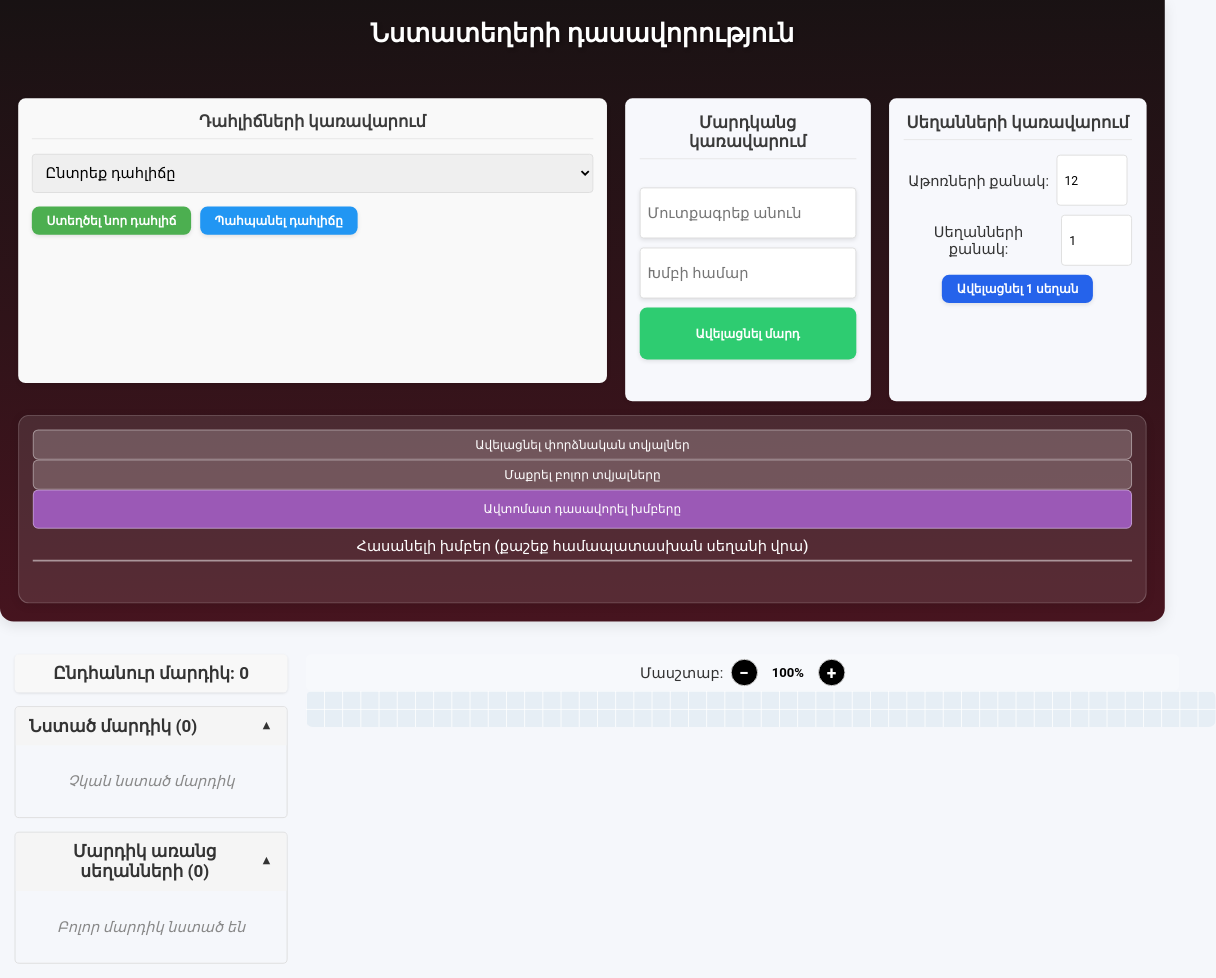
Repository: Vahan-23/Table-V2
Page: /
An editor plug-in stored every save of this project. The page is shown before and after the next save, followed by the edit.
The browser window is 1280 px wide. The page is 1336 px wide, so the pictures cover 1336 px, including what lies to the right of the window. The pictures show the whole page, at 91% of full size.
The project was rebuilt for these pictures with package versions that can differ from the ones it lists, and the page was loaded fresh each time.

Above is the page before, as saved 2025-03-03 18:09:15.

### src/component/App.css
/* Modern styles for the Seating Arrangement app */

* {
  margin: 0;
  padding: 0;
  font-family: 'Roboto', 'Segoe UI', Arial, sans-serif;
}

body {
  background-color: #f5f7fb;
  color: #333;
}

.app-container {
  display: flex;
  flex-direction: column;
  min-height: 100vh;
}

/* Header Styles */
.app-header {
  background: linear-gradient(179deg, #181213 0%, rgb(71 20 31) 100%);
  padding: 20px;
  border-radius: 0 0 15px 15px;
  box-shadow: 0 4px 15px rgba(0, 0, 0, 0.1);
  margin-bottom: 20px;
}

.header-content {
  display: flex;
  justify-content: space-between;
  align-items: center;
  max-width: 1600px;
  margin: 0 auto;
  width: 100%;
  flex-direction: column;
}

.logo {
  color: white;
  font-size: 28px;
  font-weight: bold;
  text-shadow: 2px 2px 4px rgba(0, 0, 0, 0.3);
  margin-bottom: 15px;
}

.header-controls {
  background: rgba(255, 255, 255, 0.15);
  backdrop-filter: blur(10px);
  padding: 15px;
  border-radius: 12px;
  box-shadow: inset 0 1px 1px rgba(255, 255, 255, 0.1), 0 1px 2px rgba(0, 0, 0, 0.1);
  display: flex;
  width: 80%;
}

.control-group {
  display: flex;
  flex-wrap: wrap;
  gap: 1rem;
  width: 100%;
}

.input-group {
  display: flex;
  gap: 10px;
  margin-bottom: 15px;
  align-items: center;
  justify-content: center;
}

.input-field {
  /* flex: 1; */
  padding: 10px 15px;
  border-radius: 8px;
  border: none;
  font-size: 16px;
  box-shadow: 0 2px 5px rgba(0, 0, 0, 0.1);
}
.input-field2{
  /* flex: 1; */
  padding: 10px 15px;
  border-radius: 8px;
  border: none;
  font-size: 16px;
  box-shadow: 0 2px 5px rgba(0, 0, 0, 0.1);
}

.input-group input,
.table-controls input {
  height: 38px;
  padding: 0.5rem;
  border: 1px solid #ddd;
  border-radius: 4px;
  outline: none;
  transition: border-color 0.2s;
}

.input-group input:focus,
.table-controls input:focus {
  border-color: #2563eb;
}

.group-input-container {
  position: relative;
  flex: 1;
}

.group-dropdown {
  position: absolute;
  top: 100%;
  left: 0;
  width: 100%;
  max-height: 200px;
  overflow-y: auto;
  z-index: 10;
  background-color: white;
  border: none;
  border-radius: 8px;
  box-shadow: 0 4px 12px rgba(0, 0, 0, 0.15);
  margin-top: 5px;
}

.dropdown-item {
  padding: 10px 15px;
  cursor: pointer;
  border-bottom: 1px solid #eee;
  transition: background-color 0.2s;
}

.dropdown-item:hover {
  background-color: #f5f5f5;
}

.dropdown-item-new {
  padding: 10px 15px;
  cursor: pointer;
  background-color: #f0f0f0;
  font-style: italic;
  border-radius: 0 0 8px 8px;
  z-index: 2;
}

.dropdown-empty {
  padding: 10px 15px;
  color: #666;
}

button {
  cursor: pointer;
  border: none;
  border-radius: 4px;
  padding: 0.5rem 1rem;
  font-weight: 500;
  transition: all 0.2s;
}

.primary-btn {
  background-color: #2563eb;
  color: white;
  border: none;
  border-radius: 8px;
  font-weight: bold;
  cursor: pointer;
  box-shadow: 0 2px 5px rgba(0, 0, 0, 0.1);
  transition: transform 0.2s, background-color 0.2s;
}

.primary-btn:hover {
  background-color: #1d4ed8;
}

.add-person-btn {
  /* margin-left: 30px; */
  padding: 21px 20px;
  background-color: #2ecc71;
  color: white;
}

.add-person-btn:hover {
  background-color: #27ae60;
  transform: translateY(-2px);
}

.secondary-btn {
  padding: 8px 15px;
  background-color: rgba(255, 255, 255, 0.2);
  color: white;
  border: 1px solid rgba(255, 255, 255, 0.4);
  border-radius: 6px;
  cursor: pointer;
  transition: background-color 0.2s;
}

.secondary-btn:hover {
  background-color: rgba(255, 255, 255, 0.3);
}

.table-controls {
  display: flex;
  align-items: center;
  gap: 10px;
  margin-bottom: 15px;
  flex-direction: column;
}

.chair-count-input {
  height: 38px;
  padding: 0.5rem;
  border: 1px solid #ddd;
  border-radius: 4px;
  outline: none;
  transition: border-color 0.2s;
}

.add-table-btn {
  flex: 1;
  padding: 21px 15px;
  background-color: #3498db;
  color: white;
}

.add-table-btn:hover {
  background-color: #2980b9;
  transform: translateY(-2px);
}

.create-all-tables-btn {
  flex: 2;
  padding: 13px 15px;
  background-color: #9b59b6;
  color: white;
}

.create-all-tables-btn:hover {
  background-color: #8e44ad;
  transform: translateY(-2px);
}

/* Bottom controls section */
.bottom-controls {
  display: flex;
  justify-content: space-between;
  align-items: center;
}

/* Save controls */
.save-controls {
  display: flex;
  align-items: center;
  gap: 0.5rem;
}

/* Zoom controls */
.zoom-controls {
  display: flex;
  align-items: center;
  gap: 8px;
  background-color: rgba(255, 255, 255, 0.2);
  padding: 5px 10px;
  border-radius: 6px;
  justify-content: center;
}

.zoom-btn {
  width: 30px;
  height: 30px;
  border-radius: 50%;
  border: none;
  background-color: rgba(255, 255, 255, 0.3);
  color: white;
  font-size: 18px;
  font-weight: bold;
  cursor: pointer;
  display: flex;
  justify-content: center;
  align-items: center;
}

.zoom-controls button {
  width: 30px;
  height: 30px;
  display: flex;
  align-items: center;
  justify-content: center;
  background-color: #000000;
  border-radius: 50%;
  font-size: 1.2rem;
  padding: 0;
}

.zoom-controls span {
  font-size: 0.9rem;
  min-width: 50px;
  text-align: center;
}

.zoom-percentage {
  color: rgb(0, 0, 0);
  font-weight: bold;
}

/* Groups Container */
.groups-container {
  background-color: rgba(255, 255, 255, 0.1);
  border-radius: 12px;
  padding: 15px;
  margin-top: 15px;
  box-shadow: 0 2px 10px rgba(0, 0, 0, 0.1);
  border: 1px solid rgba(255, 255, 255, 0.2);
}

.groups-header {
  display: flex;
  flex-direction: column;
  gap: 10px;
}

.groups-header h3 {
  color: #ffffff;
  font-size: 1rem;
  font-weight: 500;
}

.groups-title {
  margin: 0 0 10px 0;
  font-size: 20px;
  color: white;
  font-weight: 600;
  border-bottom: 2px solid rgba(255, 255, 255, 0.5);
  padding-bottom: 5px;
  display: inline-block;
}

.groups-wrapper {
  display: flex;
  flex-wrap: nowrap;
  gap: 12px;
  overflow-x: auto;
  padding: 5px 0;
  max-height: 100px;
  max-width: 100%;
  scrollbar-width: thin;
  scrollbar-color: rgba(255, 255, 255, 0.5) transparent;
}

.groups-wrapper::-webkit-scrollbar {
  height: 6px;
  width: 6px;
}

.groups-wrapper::-webkit-scrollbar-track {
  background: #f1f1f1;
  border-radius: 10px;
}

.groups-wrapper::-webkit-scrollbar-thumb {
  background: #3498db;
  border-radius: 10px;
}

.groups-wrapper::-webkit-scrollbar-thumb:hover {
  background: #2980b9;
}

/* Main Content */
.main-content {
  display: flex;
  flex: 1;
  padding: 1rem;
  gap: 20px;
  max-width: 1600px;
  margin: 0 auto;
  width: 100%;
}

/* Sidebar */
.sidebar {
  width: 300px;
  flex-shrink: 0;
}

.unseated-people-list,
.people-list {
  background-color: white;
  border-radius: 8px;
  padding: 15px;
  margin-top: 20px;
  box-shadow: 0 2px 8px rgba(0, 0, 0, 0.1);
  margin-bottom: 1.5rem;
}

.unseated-people-list h3,
.people-list h3 {
  margin-top: 0;
  margin-bottom: 15px;
  color: #333;
  font-size: 18px;
  font-weight: 600;
  border-bottom: 1px solid #e5e7eb;
  padding-bottom: 0.5rem;
}

.unseated-people-grid,
.people-grid {
  display: grid;
  grid-template-columns: repeat(auto-fill, minmax(120px, 1fr));
  gap: 10px;
}

.unseated-person-card,
.person-card {
  position: relative;
  background-color: #f9f9f9;
  border-radius: 6px;
  padding: 10px;
  box-shadow: 0 1px 3px rgba(0, 0, 0, 0.1);
  font-size: 0.9rem;
  display: flex;
  justify-content: space-between;
  align-items: center;
}

.person-card {
  flex-direction: column;
  align-items: flex-start;
  gap: 0.25rem;
}

.person-name {
  display: block;
  font-weight: bold;
  font-size: 14px;
  margin-bottom: 4px;
}

.person-group {
  display: block;
  font-size: 12px;
  color: #666;
}

.group-tag {
  background-color: #e0e7ff;
  color: #4f46e5;
  border-radius: 4px;
  padding: 0.15rem 0.4rem;
  font-size: 0.75rem;
  font-weight: 500;
}

.delete-btn {
  position: absolute;
  top: 5px;
  right: 5px;
  width: 20px;
  height: 20px;
  border-radius: 50%;
  background-color: #e74c3c;
  color: white;
  border: none;
  display: flex;
  align-items: center;
  justify-content: center;
  font-size: 10px;
  cursor: pointer;
  opacity: 0.7;
  transition: opacity 0.2s;
}

.delete-btn:hover {
  background-color: #fee2e2;
  opacity: 1;
}

/* Tables Area */
.tables-area {
  background-image: linear-gradient(rgba(255, 255, 255, 0.8) 1px, transparent 1px),
    linear-gradient(90deg, rgba(255, 255, 255, 0.8) 1px, transparent 1px);
  background-size: 20px 20px;
  background-color: #e6eef5;
  flex: 1;
  min-height: 600px;
  border-radius: 8px;
  padding: 20px;
  position: relative;
  transform-origin: top left;
  display: flex;
  flex-wrap: wrap;
  gap: 2rem;
  align-content: flex-start;
  min-height: 70vh;
}

/* Table Styles */
.table-container {
  background-color: white;
  border-radius: 10px;
  box-shadow: 0 4px 12px rgba(0, 0, 0, 0.08);
  padding: 1rem;
  width: fit-content;
  margin-bottom: 20px;
  flex-shrink: 0;
}

.table-header {
  display: flex;
  justify-content: space-between;
  align-items: center;
  margin-bottom: 1rem;
}

.table-header h3 {
  font-size: 1rem;
  font-weight: 600;
  color: #374151;
}

.delete-table-btn {
  background-color: #fee2e2;
  color: #ef4444;
  font-size: 0.8rem;
  padding: 0.25rem 0.5rem;
}

.delete-table-btn:hover {
  background-color: #fecaca;
}

.table {
  margin: 20px;
  width: 200px;
  height: 200px;
  border: 50px solid #e7d8c7;
  border-radius: 50%;
  display: flex;
  justify-content: center;
  align-items: center;
  background-image: url('../../public/table.jpg');
  background-size: cover;
}

.table-top {
  position: relative;
  top: -15%;
  left: -15%;
}

.chair {
  position: absolute;
  width: 60px;
  height: 60px;
  background-size: cover;
  background-position: center;
  background-repeat: no-repeat;
  color: white;
  display: flex;
  justify-content: center;
  align-items: center;
  border-radius: 50%;
  font-size: 12px;
  text-align: center;
  cursor: pointer;
  transition: transform 0.2s ease, opacity 0.2s ease;
}

.chair:hover {
  transform: scale(1.1);
  opacity: 0.7;
}

/* New Table Dropzone */
.new-table-dropzone {
  width: 300px;
  height: 200px;
  border: 2px dashed #3498db;
  border-radius: 8px;
  display: flex;
  align-items: center;
  justify-content: center;
  background-color: rgba(52, 152, 219, 0.05);
  transition: all 0.3s;
  margin-bottom: 20px;
}

.new-table-dropzone.hovered {
  background-color: rgba(52, 152, 219, 0.47);
  border-color: #4f46e5;
}

.dropzone-content {
  display: flex;
  flex-direction: column;
  align-items: center;
  justify-content: center;
  text-align: center;
  padding: 20px;
  gap: 1rem;
}

.dropzone-icon {
  font-size: 32px;
  color: #3498db;
  margin-bottom: 10px;
}

.dropzone-text {
  font-size: 16px;
  font-weight: bold;
  color: #333;
}

/* Popup styles */
.popup-overlay {
  position: fixed;
  top: 0;
  left: 0;
  right: 0;
  bottom: 0;
  background-color: rgba(0, 0, 0, 0.5);
  display: flex;
  align-items: center;
  justify-content: center;
  z-index: 1000;
}

.popup {
  background-color: white;
  border-radius: 10px;
  padding: 1.5rem;
  min-width: 300px;
  max-width: 400px;
  max-height: 80vh;
  overflow-y: auto;
  box-shadow: 0 10px 25px rgba(0, 0, 0, 0.2);
}

.popup h3 {
  margin-bottom: 1rem;
  color: #374151;
}

.person-selection-list {
  list-style: none;
  margin-bottom: 1rem;
}

.person-selection-list li {
  padding: 0.75rem;
  border-radius: 6px;
  cursor: pointer;
  transition: background-color 0.2s;
}

.person-selection-list li:hover {
  background-color: #f3f4f6;
}

.close-btn {
  background-color: #e5e7eb;
  color: #4b5563;
  width: 100%;
  padding: 0.75rem;
  border-radius: 6px;
  margin-top: 1rem;
}

.close-btn:hover {
  background-color: #d1d5db;
}

/* Fullscreen popup styles */
.fullscreen-popup {
  position: fixed;
  top: 0;
  left: 0;
  width: 100%;
  height: 100%;
  background-color: rgba(0, 0, 0, 0.7);
  z-index: 1000;
  display: flex;
  justify-content: center;
  align-items: center;
}

.fullscreen-popup-overlay {
  position: absolute;
  top: 0;
  left: 0;
  width: 100%;
  height: 100%;
  background-color: rgba(0, 0, 0, 0.7);
  display: flex;
  justify-content: center;
  align-items: center;
}

.fullscreen-popup-content {
  background-color: white;
  border-radius: 8px;
  padding: 20px;
  max-width: 600px;
  width: 90%;
  max-height: 80vh;
  overflow-y: auto;
  box-shadow: 0 10px 25px rgba(0, 0, 0, 0.2);
}

.fullscreen-popup-content h3 {
  margin-top: 0;
  margin-bottom: 20px;
  text-align: center;
  font-size: 18px;
  color: #333;
}

.person-selection-grid {
  display: grid;
  grid-template-columns: repeat(auto-fill, minmax(180px, 1fr));
  gap: 15px;
  margin-bottom: 20px;
  max-height: 60vh;
  overflow-y: auto;
  padding: 10px;
  margin-top: 20px;
}

.person-selection-item {
  background-color: #f9f9f9;
  border: 1px solid #ddd;
  border-radius: 6px;
  padding: 12px;
  cursor: pointer;
  transition: all 0.2s ease;
  display: flex;
  flex-direction: column;
}

.person-selection-item:hover {
  background-color: #e8f4fd;
  transform: translateY(-2px);
  box-shadow: 0 4px 8px rgba(0, 0, 0, 0.1);
}

.person-selection-name {
  display: block;
  font-weight: bold;
  margin-bottom: 4px;
}

.person-selection-group {
  display: block;
  font-size: 12px;
  color: #666;
}

.no-people-message {
  text-align: center;
  padding: 20px;
  color: #666;
  grid-column: 1 / -1;
}

.close-popup-btn {
  display: block;
  margin: 0 auto;
  background-color: #3498db;
  color: white;
  border: none;
  border-radius: 4px;
  padding: 10px 20px;
  font-size: 16px;
  cursor: pointer;
  transition: background-color 0.2s ease;
}

.close-popup-btn:hover {
  background-color: #2980b9;
}

/* Remove person popup */
.remove-person-popup {
  text-align: center;
}

.popup-title {
  text-align: center;
  margin-bottom: 20px;
}

.person-info-card {
  background-color: #f9f9f9;
  padding: 15px;
  border-radius: 8px;
  margin-bottom: 20px;
  box-shadow: 0 2px 4px rgba(0, 0, 0, 0.1);
}

.person-info-name {
  text-align: center;
  font-size: 18px;
  margin: 0 0 10px 0;
  font-weight: bold;
}

.person-info-group {
  text-align: center;
  margin: 0;
  color: #666;
}

.confirmation-text {
  text-align: center;
  margin-bottom: 20px;
  color: #555;
}

.popup-buttons {
  display: flex;
  justify-content: center;
  gap: 15px;
}

.remove-btn {
  padding: 10px 20px;
  background-color: #e74c3c;
  color: white;
  border: none;
  border-radius: 4px;
  cursor: pointer;
  font-weight: bold;
}

.cancel-btn {
  padding: 10px 20px;
  background-color: #7f8c8d;
  color: white;
  border: none;
  border-radius: 4px;
  cursor: pointer;
}

/* Group card styles */
.group-card {
  flex: 0 0 auto;
  min-width: 100px;
  background-color: white;
  border-radius: 6px;
  padding: 8px 12px;
  box-shadow: 0 1px 3px rgba(0, 0, 0, 0.1);
  cursor: grab;
  transition: transform 0.2s, box-shadow 0.2s;
  border-left: 4px solid #3498db;
}

.group-card:hover {
  transform: translateY(-2px);
  box-shadow: 0 3px 6px rgba(0, 0, 0, 0.15);
}

.group-card.dragging {
  opacity: 0.5;
}

.group-name {
  font-weight: 600;
  font-size: 0.9rem;
  color: #2563eb;
  margin-bottom: 5px;
}

.group-count {
  font-size: 0.8rem;
  color: #6b7280;
  margin-top: 0.25rem;
}

/* Responsive adjustments */
@media (max-width: 992px) {
  .header-content {
    flex-direction: column;
    align-items: flex-start;
    gap: 1rem;
  }

  .header-controls {
    width: 100%;
  }

  .main-content {
    flex-direction: column;
  }

  .sidebar {
    width: 100%;
  }
}


.people-section {
  display: flex;
  flex-direction: column;
  gap: 15px;
}

.total-people-counter {
  background-color: #f8f8f8;
  padding: 10px;
  border-radius: 5px;
  text-align: center;
  box-shadow: 0 1px 3px rgba(0, 0, 0, 0.1);
}

.people-box {
  border: 1px solid #ddd;
  border-radius: 5px;
  overflow: hidden;
}

.people-header {
  display: flex;
  align-items: center;
  justify-content: space-between;
  padding: 10px 15px;
  background-color: #f5f5f5;
  cursor: pointer;
}

.people-header:hover {
  background-color: #e9e9e9;
}

.expand-arrow {
  font-size: 14px;
  transition: transform 0.3s ease;
}

.expand-arrow.expanded {
  transform: rotate(180deg);
}

.people-grid-container {
  max-height: 700px;
  overflow-y: auto;
}

.people-grid {
  display: grid;
  grid-template-columns: repeat(auto-fill, minmax(200px, 1fr));
  gap: 10px;
  padding: 10px;
}

.person-card {
  position: relative;
  padding: 10px;
  border-radius: 4px;
  box-shadow: 0 1px 3px rgba(0, 0, 0, 0.1);
  display: flex;
  flex-direction: column;
}

.person-card.seated {
  background-color: rgba(144, 238, 144, 0.2);
  border-left: 3px solid #4CAF50;
}

.person-card.unseated {
  background-color: rgba(255, 235, 205, 0.2);
  border-left: 3px solid #FFA500;
}

.person-name {
  font-weight: bold;
  margin-bottom: 4px;
}

.person-group {
  font-size: 12px;
  color: #666;
}

.delete-btn {
  position: absolute;
  top: 5px;
  right: 5px;
  width: 20px;
  height: 20px;
  border-radius: 50%;
  background-color: #ff6b6b;
  color: white;
  border: none;
  display: flex;
  align-items: center;
  justify-content: center;
  cursor: pointer;
  font-size: 10px;
}

.delete-btn:hover {
  background-color: #ff5252;
}

.empty-message {
  grid-column: 1 / -1;
  padding: 20px;
  text-align: center;
  color: #888;
  font-style: italic;
}

/* Scrollbar styling */
.people-grid-container::-webkit-scrollbar {
  width: 8px;
}

.people-grid-container::-webkit-scrollbar-track {
  background: #f1f1f1;
  border-radius: 4px;
}

.people-grid-container::-webkit-scrollbar-thumb {
  background: #888;
  border-radius: 4px;
}

.people-grid-container::-webkit-scrollbar-thumb:hover {
  background: #555;
}

/* Split header sections styling */
.header-sections {
  display: flex;
  width: 100%;
  gap: 20px;
  margin-top: 20px;
  justify-content: center;
}

.header-section {
  /* flex: 1 1; */
  display: flex;
  height: auto;
  background-color: #f7f8fc;
  border-radius: 8px;
  padding: 16px;
  box-shadow: 0 2px 5px rgba(0, 0, 0, 0.05);
  flex-direction: column;
  /* justify-content: space-around; */
}

.section-main-title {
  color: #3a3a3a;
  margin-top: 0;
  margin-bottom: 16px;
  padding-bottom: 8px;
  border-bottom: 1px solid #e5e5e5;
  font-size: 18px;
}

/* People section specific */
.people-section .input-row {
  display: flex;
  gap: 10px;
  margin-bottom: 15px;
  flex-direction: column;
}

.people-section .data-management {
  margin-top: 20px;
}

/* Table section specific */
.tables-section .table-controls-row {
  display: flex;
  align-items: center;
  gap: 10px;
  margin-bottom: 15px;
  flex-direction: column;

}

.tables-section .chair-count-container {
  display: flex;
  align-items: center;
  gap: 8px;
}
.table-count-container {
  display: flex;
  align-items: center;
  gap: 8px;
}
.table-count-input{
  width: 60px;
}
.tables-section .chair-count-input {
  width: 60px;
}

.tables-section .zoom-controls {
  display: flex;
  align-items: center;
  margin-top: 20px;
  gap: 10px;
}

.zoom-buttons {
  display: flex;
  align-items: center;
}

.zoom-btn {
  width: 30px;
  height: 30px;
  display: flex;
  align-items: center;
  justify-content: center;
  border-radius: 4px;
  background-color: #f0f0f0;
  border: 1px solid #ddd;
  cursor: pointer;
}

.zoom-percentage {
  margin: 0 8px;
  min-width: 50px;
  text-align: center;
}

.data-buttons {
  display: flex;
  flex-direction: column;
  align-items: stretch;
}

.hall-management {
  background-color: #f9f9f9;
  border-radius: 8px;
  padding: 15px;
  margin-bottom: 20px;
  box-shadow: 0 2px 5px rgba(0, 0, 0, 0.1);
}

.hall-controls {
  display: flex;
  flex-wrap: wrap;
  gap: 15px;
  margin-top: 10px;
}

.hall-dropdown-container {
  flex: 1;
  min-width: 250px;
}

.hall-select {
  width: 100%;
  padding: 10px;
  border-radius: 4px;
  border: 1px solid #ddd;
  font-size: 16px;
}

.hall-buttons {
  display: flex;
  gap: 10px;
  flex-wrap: wrap;
}

.current-hall-info {
  margin-top: 15px;
  padding: 10px;
  background-color: #e8f4fd;
  border-radius: 4px;
}

.hall-form {
  display: flex;
  flex-direction: column;
  gap: 15px;
  margin: 20px 0;
}

.form-group {
  display: flex;
  flex-direction: column;
  gap: 5px;
}

.form-group label {
  font-weight: bold;
}

.create-hall-btn {
  background-color: #4CAF50;
}

.save-hall-btn {
  background-color: #2196F3;
}

.delete-hall-btn {
  background-color: #f44336;
  color: white;
}

.hall-management-container {
  width: 100%;
  margin-bottom: 20px;
}

Loaded but not shown: public/index.html (common file); src/index.js (common file); src/index.css (common file); src/reportWebVitals.js (common file); src/App.css (common file); src/App.js (12 lines, source omitted); src/component/SeatingArrangement.jsx (1373 lines, source omitted)

After the next save:
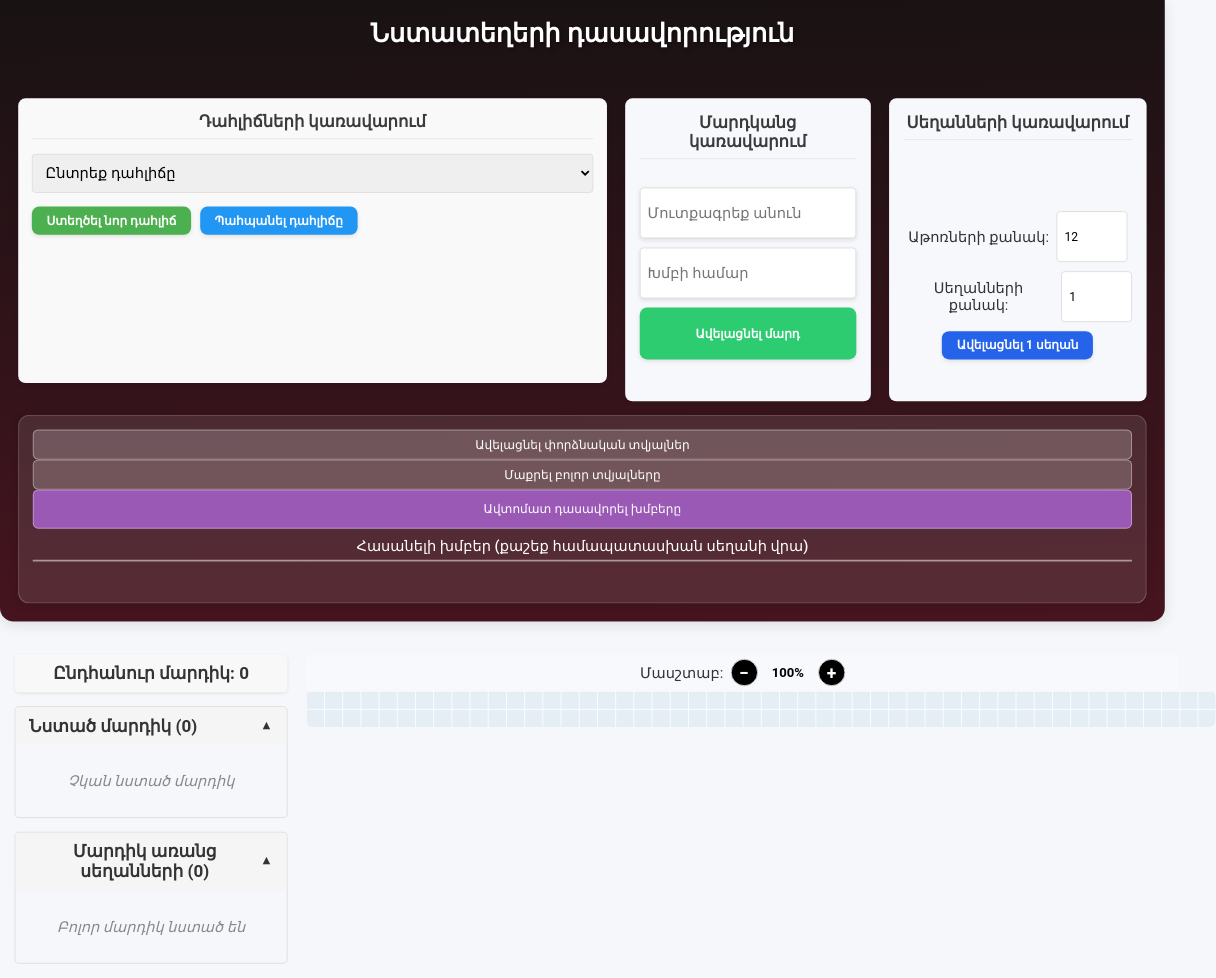
Saved 49 s later.
--- a/src/component/App.css
+++ b/src/component/App.css
@@ -1046,7 +1046,7 @@ button {
   padding: 16px;
   box-shadow: 0 2px 5px rgba(0, 0, 0, 0.05);
   flex-direction: column;
-  /* justify-content: space-around; */
+  justify-content: space-between;
 }
 
 .section-main-title {
